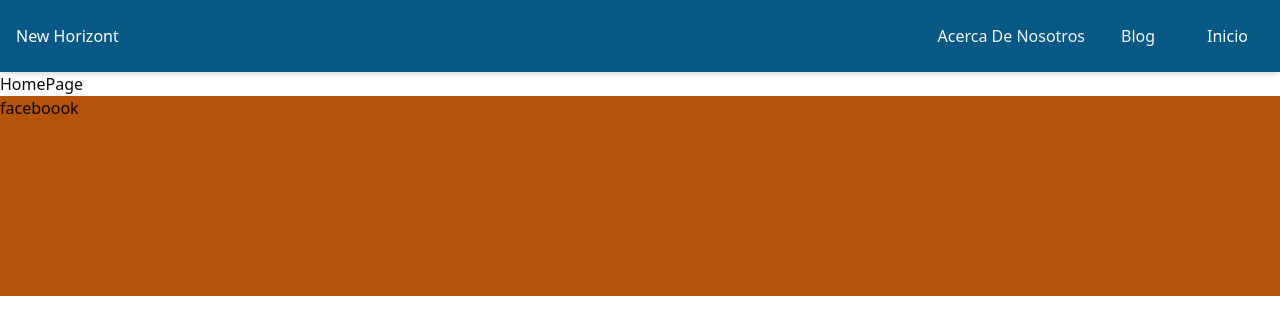
Repository: jefrydep/new-horizont-school
Page: /home
These files come from the project's save history. The page is drawn as it stood at one moment and after the next save; the edit follows.
The browser window is 1280 px wide. The pictures show the whole page.
The project was rebuilt for these pictures with package versions that can differ from the ones it lists, and the page was loaded fresh each time. The framework's server and built-in components were replaced by stand-ins that run in the browser. Also part of the build but not shown: next.config.ts.

Above is the page before, as saved 2024-11-07 19:58:31.

After the next save:
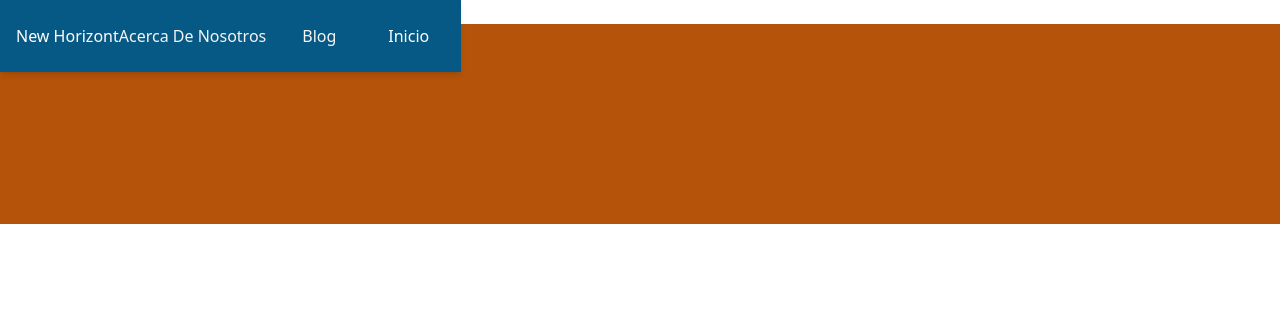
Saved 4 min 37 s later.
--- a/src/components/Navbar.tsx
+++ b/src/components/Navbar.tsx
@@ -7,7 +7,7 @@ export default function Navbar() {
   const [isOpen, setIsOpen] = useState<boolean>(false);
 
   return (
-    <header className="bg-sky-800 shadow-md  ">
+    <header className="bg-sky-800 shadow-md fixed  ">
       <div className="flex justify-between items-center    m-auto container px-4 py-2">
         <div className="text-white">New Horizont</div>
         <nav className="outline-none hidden    sm:flex gap-9 items-center  list-none">
